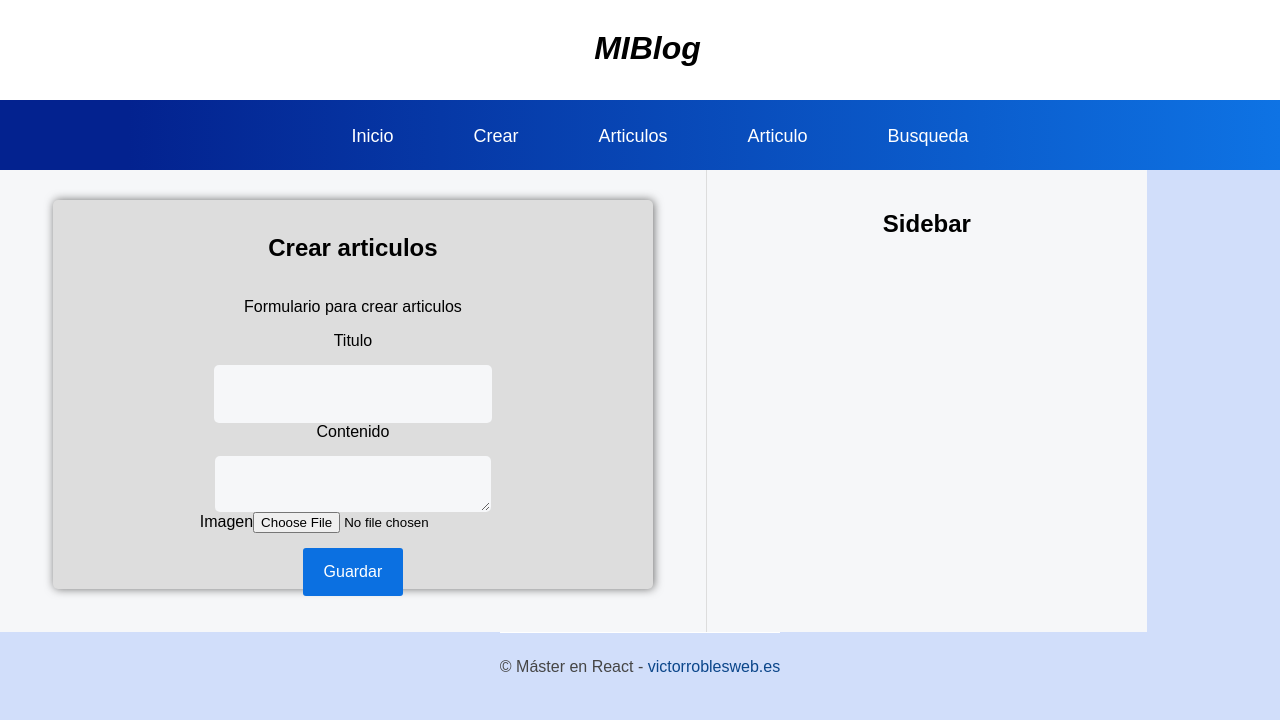
Repository: DamianBermudez94/frondEnd-blog
Page: /crear
These files come from the project's save history. The page is drawn as it stood at one moment and after the next save; the edit follows.
The browser window is 1280 px wide. The pictures show the whole page.
The project was rebuilt for these pictures with package versions that can differ from the ones it lists, and the page was loaded fresh each time. Also part of the build but not shown: vite.config.js, src/components/pages/Inicio.jsx, src/components/pages/Busqueda.jsx, src/helper/Global.jsx, src/helper/Peticion.jsx, src/components/pages/Listado.jsx, src/components/pages/Articulos.jsx, src/components/pages/Articulo.jsx.

Above is the page before, as saved 2023-08-14 19:24:50.

### index.html
<!doctype html>
<html lang="es">
  <head>
    <meta charset="UTF-8" />
    <link rel="icon" type="image/svg+xml" href="/vite.svg" />
    <meta name="viewport" content="width=device-width, initial-scale=1.0" />
    <title>Proyecto-blog</title>
  </head>
  <body>
    <div id="root"></div>
    <script type="module" src="/src/main.jsx"></script>
  </body>
</html>

### src/main.jsx

import ReactDOM from 'react-dom/client'
import App from './App.jsx'
import './index.css'

ReactDOM.createRoot(document.getElementById('root')).render(

    <App />

)

### src/App.jsx
import { Rutas } from "./router/rutas"



function App() {


  return (
    <div className="layout">
      <Rutas></Rutas>
    </div>
  )
}

export default App

### src/index.css
/*:root {
  font-family: Inter, system-ui, Avenir, Helvetica, Arial, sans-serif;
  line-height: 1.5;
  font-weight: 400;

  color-scheme: light dark;
  color: rgba(255, 255, 255, 0.87);
  background-color: #242424;

  font-synthesis: none;
  text-rendering: optimizeLegibility;
  -webkit-font-smoothing: antialiased;
  -moz-osx-font-smoothing: grayscale;
  -webkit-text-size-adjust: 100%;
}

a {
  font-weight: 500;
  color: #646cff;
  text-decoration: inherit;
}
a:hover {
  color: #535bf2;
}

body {
  margin: 0;
  display: flex;
  place-items: center;
  min-width: 320px;
  min-height: 100vh;
}

h1 {
  font-size: 3.2em;
  line-height: 1.1;
}

button {
  border-radius: 8px;
  border: 1px solid transparent;
  padding: 0.6em 1.2em;
  font-size: 1em;
  font-weight: 500;
  font-family: inherit;
  background-color: #1a1a1a;
  cursor: pointer;
  transition: border-color 0.25s;
}
button:hover {
  border-color: #000bdb;
}
button:focus,
button:focus-visible {
  outline: 4px auto -webkit-focus-ring-color;
}

@media (prefers-color-scheme: light) {
  :root {
    color: #213547;
    background-color: #ffffff;
  }
  a:hover {
    color: #000dff;
  }
  button {
    background-color: #f9f9f9;
  }
}*/


/*ESTILOS GENERALES*/

body{
  background: #d1defa;
  font-family: sans-serif, Arial, Helvetica;
  text-align: center;
  padding: 0px;
  margin: 0px;
  box-sizing: border-box;

}

.layout{
  display: grid;
  grid-template-areas:
      "header header header header"
      "nav nav nav nav"
      "content content content lateral"
      "footer footer footer footer"
  ;
  grid-template-rows: 100px 70px auto 70px;
}

/*ESTILOS CABECERA*/

.header{
  grid-area: header;
  width: 100%;
  background: white;
  text-align: left;
  font-style: italic;

  display: flex;
  justify-content: center;
}



.header h1{
  margin-left: 15px;
  margin-top: 30px;
}

/*ESTILOS DE LA BARRA DE NAVEGACIÓN*/

.nav{
  grid-area: nav;
  background: linear-gradient(90deg, #03228f 10%, #0e73e4 100%);
}

.nav > ul {
  display: flex;
  justify-content: center;
  align-items: center;
  list-style: none;
}

.nav li{
  padding: 10px;
}

.nav a {
  display: block;
  margin-left: 30px;
  margin-right: 30px;
  font-size: 18px;
  font-weight: lighter;
  color: white;
  text-decoration: none;
  transition: all 300ms;
}

.nav a:hover{
  transform: scale(1.1, 1.1);
}

/*ESTILOS PARA EL CONTENIDO PRINCIPAL*/

.content{

  grid-area: content;
  background: #f6f7f9;
  display: flex;
  flex-flow: wrap;
  justify-content: flex-start;
  align-items: initial;
  flex-grow: 1;
}
.jumbo{
  width: 85%;
  height: 80%;
  padding-top: 20px;
  display: flex;
  background-color: #ddd;
  justify-content: center;
  align-items: center;
  flex-direction: column;
  border-radius: 5px;
  box-shadow: 1px 0px 10px 0px #6e6e6e;
  margin: 30px auto;
}
.articulo-item{
  flex-grow: 1;
  background: white;
  border-radius: 10px;
  box-shadow: 0px 0px 6px #ddd;
  margin: 20px;
  padding-top: 60px;
  padding-bottom: 60px;
  padding-left: 25px;
  padding-right: 25px;
  display: flex;
  justify-content: center;
  align-items: center;
  max-height: 225px;
}
.articulo-img img{
  width: 500px;
  overflow: hidden;
}
.articulo-item .edit{
  margin-right: 7px;
}
.articulo-datos{
  text-align: left;
}
.title-articulo{
  font-size: 25px;

}
.button,
button,
input[type="submit"],
input[type="button"]{
  width: 100px;
  background: #0b70e1;
  color: white;
  border: 0;
  outline: 0;
  padding:15px;
  border-radius: 3px;
  margin-top:15px;
  text-transform: capitalize;
  font-size: 16px;
  font-weight: 500;
  cursor: pointer;
  transition: all 300ms;
}
.articulo-borrar{
  margin-right: 20px;
}
.articulo-item .articulo-borrar:hover{

  background: #9b0202;
}

.articulo-item .articulo-editar:hover{
  background: #e77b00;
}

/*ESTILOS BARRA LATERAL*/

.lateral{
  width: 400px;
  grid-area: lateral;
  background: #f6f7f9;
  border-left: 1px solid #ddd;
  padding: 20px;
}

.lateral > div{
  box-sizing: border-box;
  width: 90%;
  margin: 20px;
  padding: 20px;
  padding-top: 10px;
  background: white;
  border-radius: 10px;
  box-shadow: 0px 0px 6px #ddd;
}

input[type="text"],
input[type="text"],
textarea,
input[type="text"],
input[type="text"],
textarea
{
  display: block;
  margin: 0 auto;
  margin-top: 15px;
  padding: 12px;
  border-radius: 5px;
  background: #f6f7f9;
  color: #454545;
  width: 80%;
  max-width: 250px;
  min-width: 250px;
  min-height: 30px;
  max-height: 250px;
  opacity: 4;
  outline: 0;
  border-color: transparent;
}
.no-encontrado{
  color: #9b0202;
}
.edit_form{
  border-top: 1px solid #ddd;
  margin-top: 10px;
}
.formulario{
 margin-top: 0;
}
.grup-form{
  margin: 0 auto;
  margin-top: 0;
}
/*ESTILOS PARA EL PIE DE PÁGINA*/
.footer{
  max-height: 300px;
  grid-area: footer;
  margin: 0 auto;
  background-color: #d1defa;
  color: #454545;
  border-top: 1px solid white;

  line-height: 68px;

}

.footer a{
  color: #0b468a;
  text-decoration: none;
}

@media (max-width: 1085px){
  .content {
      flex-flow: column wrap;
      justify-content: center;
      align-items: center;
  }

  .articulo-item{
      width: 80%;
  }
}

### src/router/rutas.jsx

import { BrowserRouter, Routes, Route } from "react-router-dom";
import { Inicio } from "../components/pages/Inicio";
import { Busqueda } from "../components/pages/Busqueda";
import { Crear } from "../components/pages/Crear";
import Articulos from "../components/pages/Articulos";
import { Articulo } from "../components/pages/Articulo";
import { Header } from "../components/layout/Header";
import { Nav } from "../components/layout/Nav";
import { Footer } from "../components/layout/Footer";
import { Sidebar } from "../components/layout/Sidebar";


export const Rutas = ()=>{

    return(

        <BrowserRouter>
            {/*Layout*/}
            <Header></Header>
            <Nav></Nav>
            {/*Contenido principal y rutas*/}
            <section id="content" className="content">
                <Routes>
                    <Route path="/" element={<Inicio/>}/>
                    <Route path="/inicio" element={<Inicio/>}/>
                    <Route path="/busqueda" element={<Busqueda/>}/>
                    <Route path="/crear" element={<Crear/>}/>
                    <Route path="/articulos" element={<Articulos/>}/>
                    <Route path="/articulo" element={<Articulo/>}/>
                </Routes>
            </section>
            <Sidebar/>
            <Footer></Footer>
        </BrowserRouter>

    )

}

### src/components/pages/Crear.jsx


export const Crear = () => {
  return (
    <div className="jumbo">
      <h1>Crear articulos</h1>
      <p>Formulario para crear articulos</p>
      <form className="formulario">
        <div className="grup-form">
          <label htmlFor="titulo">Titulo</label>
          <input type="text" name="titulo"/>
        </div>
        <div className="grup-form">
          <label htmlFor="contenido">Contenido</label>
          <textarea type="textarea" name="contenido"/>
        </div>
        <div className="grup-form">
          <label htmlFor="file0">Imagen</label>
          <input type="file" name="file0" id="file"/>
        </div>
        <input type="submit" value="Guardar" className="btn btn-succes" />
      </form>
    </div>
  );
};

### src/components/layout/Header.jsx
import React from 'react'

export const Header = () => {
  return (

         <header className="header">
            <h1>MIBlog</h1>
        </header>

  )
}

### src/components/layout/Nav.jsx
import React from 'react'
import { NavLink } from 'react-router-dom'

export const Nav = () => {
  return (

           <nav className="nav">
            <ul>
                <li><NavLink to="/#">Inicio</NavLink></li>
                <li><NavLink to="/crear">Crear</NavLink></li>
                <li><NavLink to="/articulos">Articulos</NavLink></li>
                <li><NavLink to="/articulo">Articulo</NavLink></li>
                <li><NavLink to="/busqueda">Busqueda</NavLink></li>

            </ul>
        </nav>

  )
}

### src/components/layout/Footer.jsx
import React from 'react'

export const Footer = () => {
  return (

         <footer className="footer">
            &copy; Máster en React - <a href="https://victorroblesweb.es">victorroblesweb.es</a>
        </footer>

  )
}

### src/components/layout/Sidebar.jsx
import React from 'react'

export const Sidebar = () => {
  return (
        <aside className="lateral">

            <h1>Sidebar</h1>

        </aside>

  )
}

After the next save:
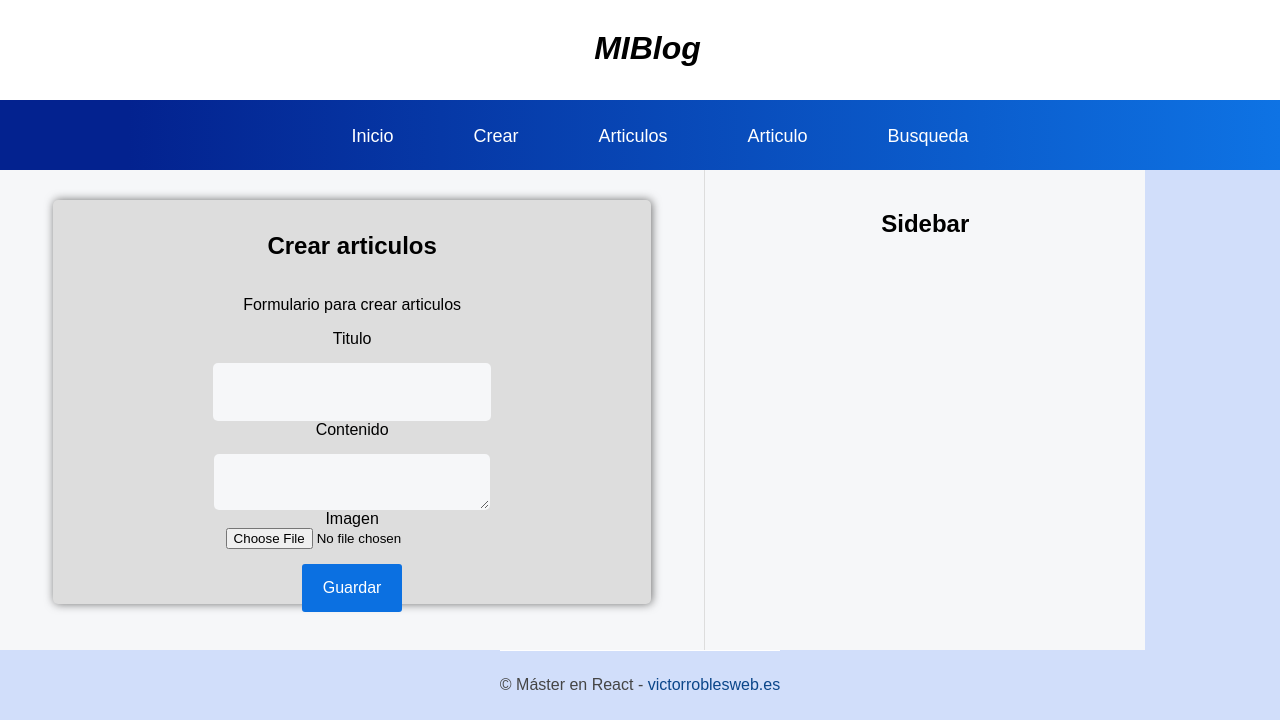
Saved 31 s later.
--- a/src/index.css
+++ b/src/index.css
@@ -286,6 +286,7 @@ textarea
 .grup-form{
   margin: 0 auto;
   margin-top: 0;
+  max-width: 300px;
 }
 /*ESTILOS PARA EL PIE DE PÁGINA*/
 .footer{
